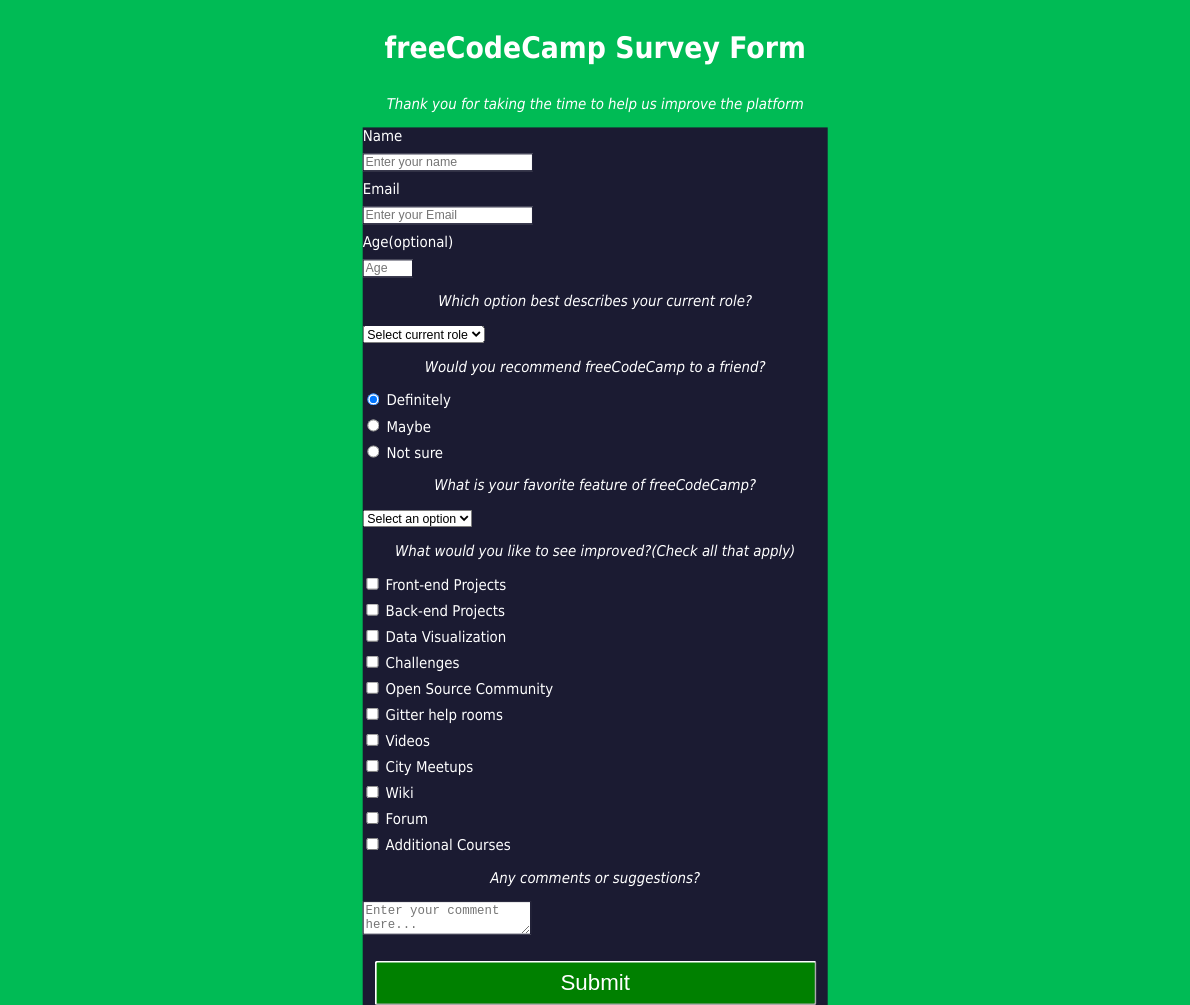
Repository: Lungdjos/survey_form_certification
Page: index.html
An editor plug-in stored every save of this project. The page is shown before and after the next save, followed by the edit.
The browser window is 1280 px wide. The pictures show the whole page, at 93% of full size.

Above is the page before, as saved 2023-10-10 12:45:19.

After the next save:
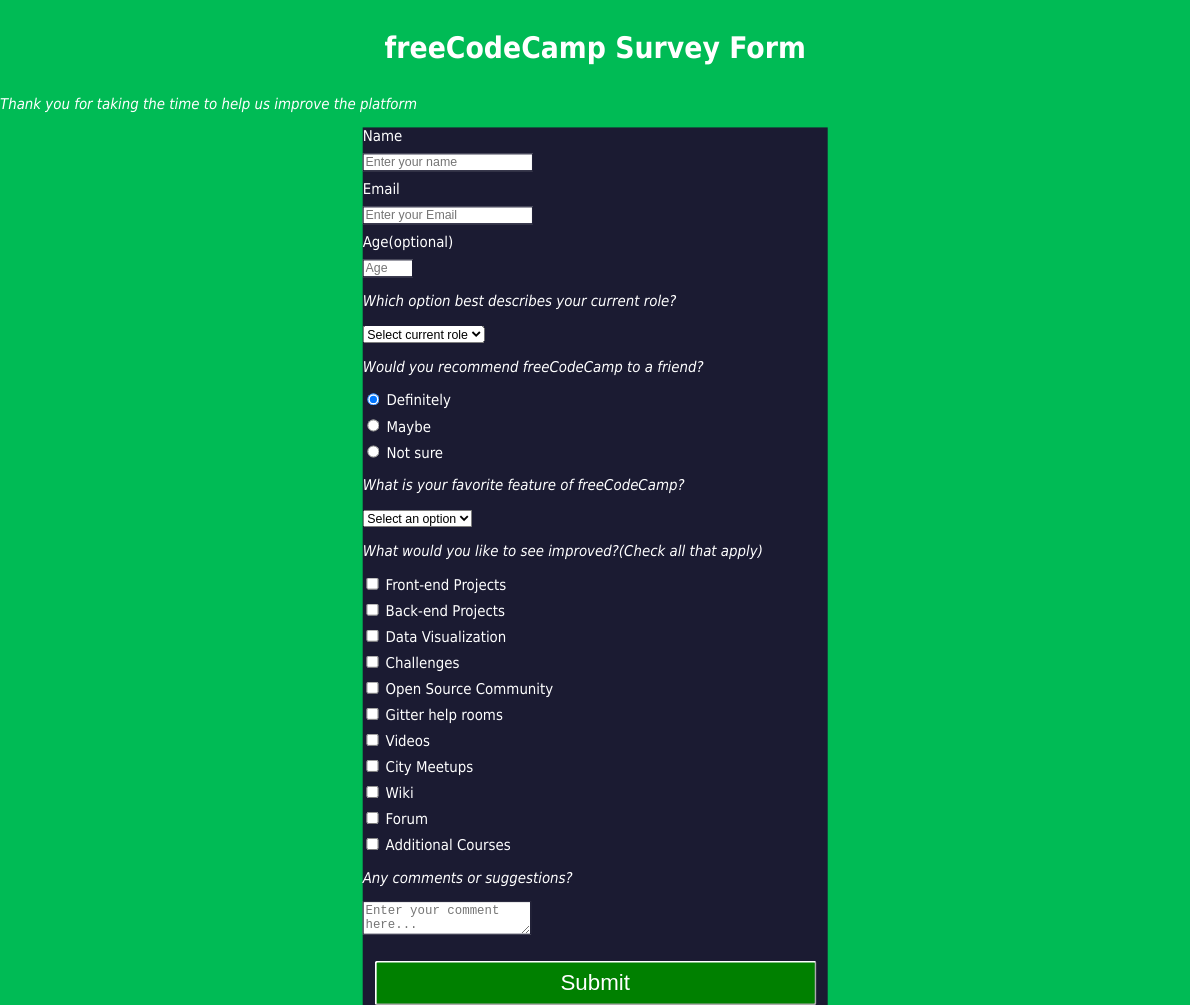
Saved 65 s later.
--- a/styles.css
+++ b/styles.css
@@ -54,8 +54,7 @@
     ;
 }
 
-h1,
-p {
+#title {
     margin: 1em auto;
     text-align: center;
 }
